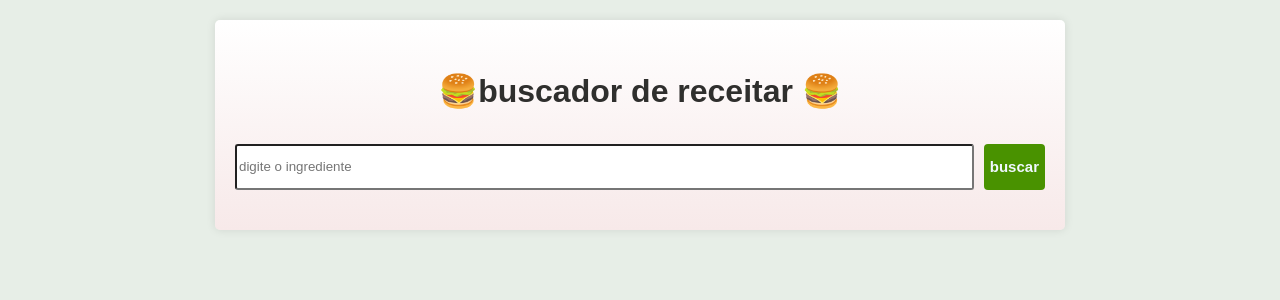
Repository: RoneT9/Receitas
Page: receita.html
The author's editor kept a copy of each file at every save. The page is drawn from the files as they stood at one save, then again after the next save.
The browser window is 1280 px wide. The pictures show the whole page.

Above is the page before, as saved 2026-02-09 21:42:11.

### receita.html
<!doctype html>
<html lang="en">
  <head>
    <meta charset="UTF-8" />
    <meta name="viewport" content="width=device-width, initial-scale=1.0" />
    <link rel="stylesheet" href="receita.css" />
    <title>Document</title>
  </head>
  <body>
    <main class="container">
      <h1>buscador de receitar</h1>
      <form class="search-form">
        <input type="text" placeholder="digite o ingrediente" class="seach-ipunt" />
        <button class="btn" type="submit">buscar</button>
      </form>
      <div class="loading"></div>
      <div class="recipe-list"></div>
      <div class="recipe- details"></div>
    </main>
  </body>
  <script src="receita.js"></script>
</html>

### receita.css
body {
  margin: 0;
  padding: 20px;
  line-height: 1.9;
  font-family: sans-serif;
  background-color: rgb(231, 238, 231);
}

.container {
  background: linear-gradient(to top, rgb(247, 233, 233), white);
  max-width: 810px;
  margin: 0 auto;
  padding: 20px;
  box-shadow: 0 0 10px rgba(0, 0, 0, 0.1);
  border-radius: 5px;
}

h1 {
  color: rgb(47, 47, 45);
  text-align: center;
}

.search-form {
  display: flex;
  gap: 10px;
  margin-bottom: 20px;
}

.seach-ipunt {
  flex: 1;
  height: 28px;
  outline: none;
  border-radius: 3px;
  height: 40px;
}

.seach-ipunt:focus {
  background-color: rgb(221, 219, 217);
}

.btn {
  padding: 10px 20;
  background-color: rgb(73, 146, 0);
  cursor: pointer;
  border-radius: 4px;
  border: none;
  color: aliceblue;
  font-weight: 600;
  font-size: 15px;
  transition: 0.5s ease-out;
}

.btn:hover {
  background-color: rgb(94, 173, 14);
}

.btn:active {
  transform: scaleX(1.2);
}

h1::before {
  content: "🍔";
  color: brown;
}

h1::after {
  content: " 🍔";
  color: brown;
  object-fit: fill;
}

.recipe-card {
  border: 1px solid #ddd;
  border-radius: 5px;
  gap: 20px;
  text-align: center;
  cursor: pointer;
  transition: 0.05s;
}

img {
  margin: 30px;
  width: 50%;
  height: 250px;
  object-fit: cover;
  border-radius: 5px;
  box-shadow: 0 0 10px rgba(0, 0, 0, 0.1);
  transition: 02s;
}

img:hover {
  transform: scaleX(1.1);
  transform: scaleY(1.1);
}

.recipe-list {
  display: grid;
  grid-template-columns: repeat(auto fill, minmax(200px, 1fr));
}

### receita.js
//ALGORITMOS

//Saber quando o usuario clicou na receita
//Busca informaçães da receita individual na API
//Colocar a receita individualna tela

//Pegar a informação do input , quando o botão for clicado
const input = document.querySelector(".seach-ipunt");
const form = document.querySelector(".search-form");
const recipelist = document.querySelector(".recipe-list");

form.addEventListener("submit", (e) => {
  e.preventDefault();
  const inputValue = e.target[0].value;
  seachRecipes(inputValue);
});

//Ir ate a API , trazer as receitas
async function seachRecipes(ingredient) {
  const response = await fetch(`https://www.themealdb.com/api/json/v1/1/filter.php?i=${ingredient}`);
  const data = await response.json();
  showRecipe(data.meals);
}

//Colocar as receitas na tela
function showRecipe(recipes) {
  recipelist.innerHTML = recipes
    .map(
      (item) =>
        `
    <div class ="recipe-card">
    <img src = "${item.strMealThumb}" alt = "recipe-photo">
    <h3>${item.strMeal}</h3>
    </div>
    <br/>
    `,
    )
    .join("");
}

After the next save:
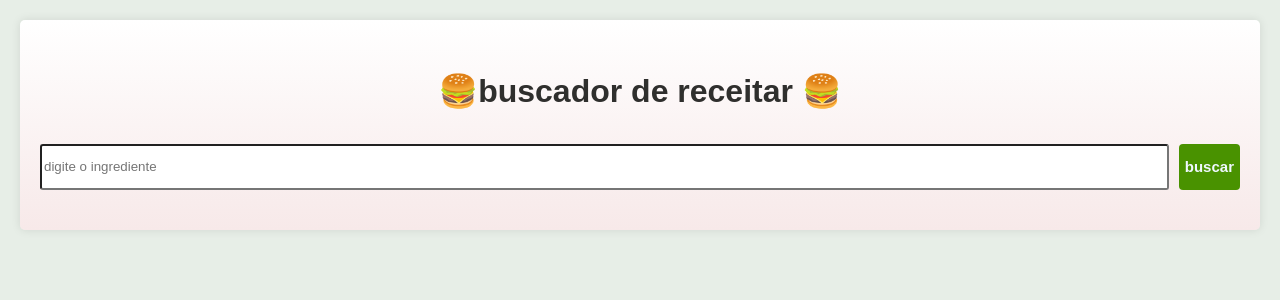
Saved 66 s later.
--- a/receita.css
+++ b/receita.css
@@ -8,7 +8,7 @@
 
 .container {
   background: linear-gradient(to top, rgb(247, 233, 233), white);
-  max-width: 810px;
+  /* max-width: 810px; */
   margin: 0 auto;
   padding: 20px;
   box-shadow: 0 0 10px rgba(0, 0, 0, 0.1);

After the save that followed:
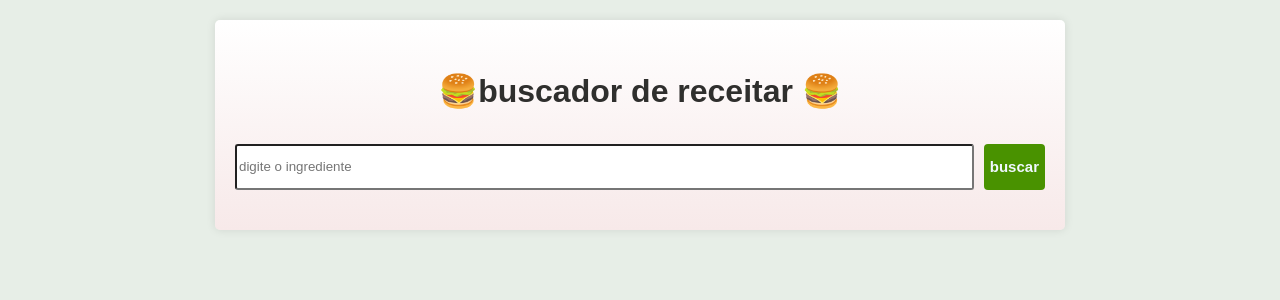
Saved 69 s later.
--- a/receita.css
+++ b/receita.css
@@ -8,7 +8,7 @@
 
 .container {
   background: linear-gradient(to top, rgb(247, 233, 233), white);
-  /* max-width: 810px; */
+  max-width: 810px;
   margin: 0 auto;
   padding: 20px;
   box-shadow: 0 0 10px rgba(0, 0, 0, 0.1);
